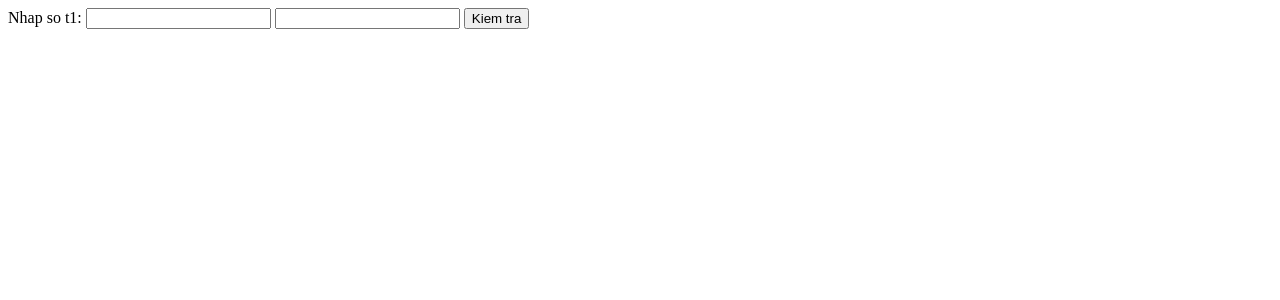
Repository: thanhp6868/ltWeb
Page: 1110/2/html/bai1.html
The author's editor kept a copy of each file at every save. The page is drawn from the files as they stood at one save, then again after the next save.
The browser window is 1280 px wide. The pictures show the whole page.

Above is the page before, as saved 2023-10-11 15:26:46.

After the next save:
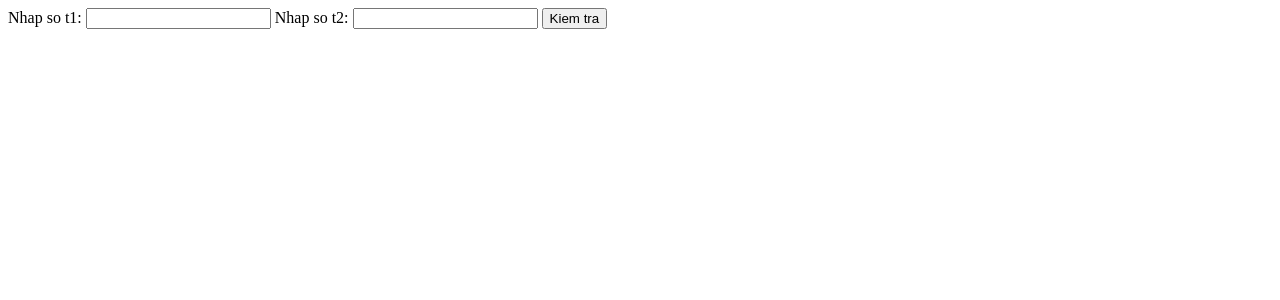
Saved 20 s later.
--- a/1110/2/html/bai1.html
+++ b/1110/2/html/bai1.html
@@ -9,6 +9,7 @@
 <body>
         Nhap so t1:
         <INPUT TYPE="number"  id="num1">
+            Nhap so t2:
             <input type="number" id ="num2">
             <button>Kiem tra</button>
 
